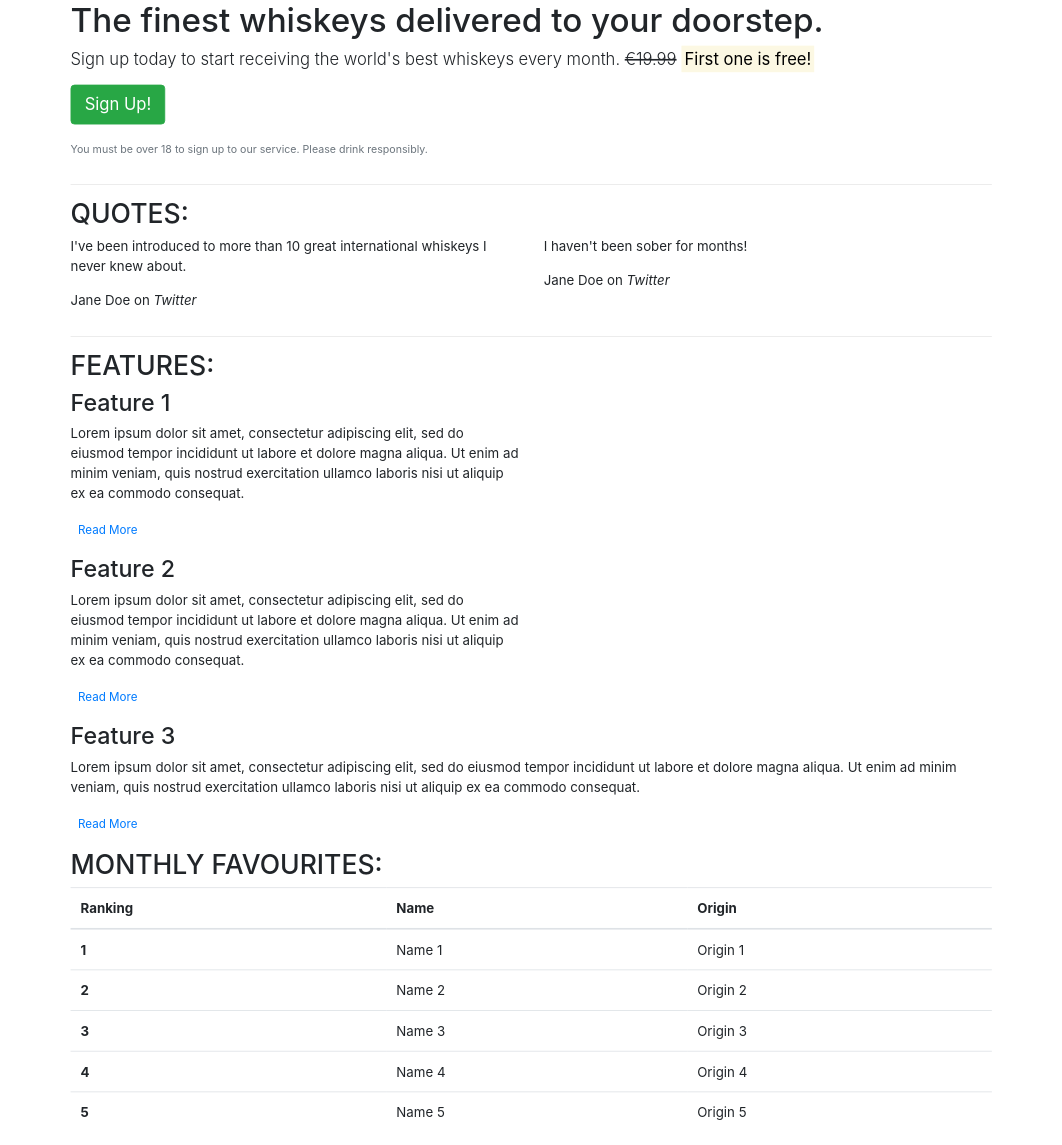
Repository: ElaineArchbold/bootstrap_landing_page1
Page: index.html
The author's editor kept a record of every edit. The page is drawn from the files as they stood at one moment, then again after the next edit.
The browser window is 1280 px wide. The pictures show the whole page, at 83% of full size.

Above is the page before.

### index.html
<!DOCTYPE html>
<html lang="en-us">

<head>
    <meta charset="utf-8">
    <meta name="viewport" content="width=device-width, initial-scale=1.0">
    <title>Whiskey Drop | Taste a new whiskey every month</title>
    <link rel="stylesheet" href="https://maxcdn.bootstrapcdn.com/bootstrap/4.1.3/css/bootstrap.min.css">
</head>

<body>
    <article class="container">
        <!-- Callout -->
        <div class="row">
            <div class="col-12">
                <section class="callout">
                    <h1>The finest whiskeys delivered to your doorstep.</h1>
                    <p class="lead">Sign up today to start receiving the world's best whiskeys every month. <s>€19.99</s> <strong><mark>First one is free!</mark></strong></p>
                    <p><button class="btn btn-lg btn-success">Sign Up!</button></p>
                    <p class="text-muted"><small>You must be over 18 to sign up to our service. Please drink responsibly.</small></p>
                </section>
            </div>
        </div>
        <!-- /.callout -->
        <hr>

        <!-- Quotes -->
        <section class="quotes">
            <div class="row">
                <div class="col-12">
                    <h2 class="text-uppercase">Quotes:</h2>
                </div>
            </div>
            <div class="row">
                <div class="col-12 col-md-6">
                    <blockquote class="quote">
                        <p>I've been introduced to more than 10 great international whiskeys I never knew about.</p>
                        <footer>Jane Doe on <cite title="Twitter">Twitter</cite></footer>
                    </blockquote>
                </div>
                <div class="col-12 col-md-6">
                    <blockquote class="quote">
                        <p>I haven't been sober for months!</p>
                        <footer>Jane Doe on <cite title="Twitter">Twitter</cite></footer>
                    </blockquote>
                </div>
            </div>
        </section>
        <!-- /.quotes -->
        <hr>

        <!-- Features -->
        <section class="features">
            <div class="row">
                <div class="col-12">
                    <h2 class="text-uppercase">Features:</h2>
                </div>
            </div>
            <div class="row">
                <div class="col-12 col-md-6">
                    <div class="feature">
                        <h3>Feature 1</h3>
                        <p>Lorem ipsum dolor sit amet, consectetur adipiscing elit, sed do eiusmod tempor incididunt ut labore et dolore magna aliqua. Ut enim ad minim veniam, quis nostrud exercitation ullamco laboris nisi ut aliquip ex ea commodo consequat.</p>
                        <p><a class="btn btn-sm btn-default" href="">Read More</a></p>
                    </div>
                </div>
                <div class="feature">
                    <div class="col-12 col-md-6">
                        <h3>Feature 2</h3>
                        <p>Lorem ipsum dolor sit amet, consectetur adipiscing elit, sed do eiusmod tempor incididunt ut labore et dolore magna aliqua. Ut enim ad minim veniam, quis nostrud exercitation ullamco laboris nisi ut aliquip ex ea commodo consequat.</p>
                        <p><a class="btn btn-sm btn-default" href="">Read More</a></p>
                    </div>
                </div>
                <div class="feature">
                    <div class="col-12">
                        <h3>Feature 3</h3>
                        <p>Lorem ipsum dolor sit amet, consectetur adipiscing elit, sed do eiusmod tempor incididunt ut labore et dolore magna aliqua. Ut enim ad minim veniam, quis nostrud exercitation ullamco laboris nisi ut aliquip ex ea commodo consequat.</p>
                        <p><a class="btn btn-sm btn-default" href="">Read More</a></p>
                    </div>
                </div>
            </div>
        </section>
        <!-- /.features -->

        <section class="monthly-favourites">

            <h2 class="text-uppercase">Monthly Favourites:</h2>
            <table class="table">
                <thead>
                    <tr>
                        <th scope="col">Ranking</th>
                        <th scope="col">Name</th>
                        <th scope="col">Origin</th>
                    </tr>
                </thead>
                <tbody>
                    <tr>
                        <th scope="row">1</th>
                        <td>Name 1</td>
                        <td>Origin 1</td>
                    </tr>
                    <tr>
                        <th scope="row">2</th>
                        <td>Name 2</td>
                        <td>Origin 2</td>
                    </tr>
                    <tr>
                        <th scope="row">3</th>
                        <td>Name 3</td>
                        <td>Origin 3</td>
                    </tr>
                    <tr>
                        <th scope="row">4</th>
                        <td>Name 4</td>
                        <td>Origin 4</td>
                    </tr>
                    <tr>
                        <th scope="row">5</th>
                        <td>Name 5</td>
                        <td>Origin 5</td>
                    </tr>
                </tbody>
            </table>

        </section>
    </article>
</body>

</html>

After the next edit:
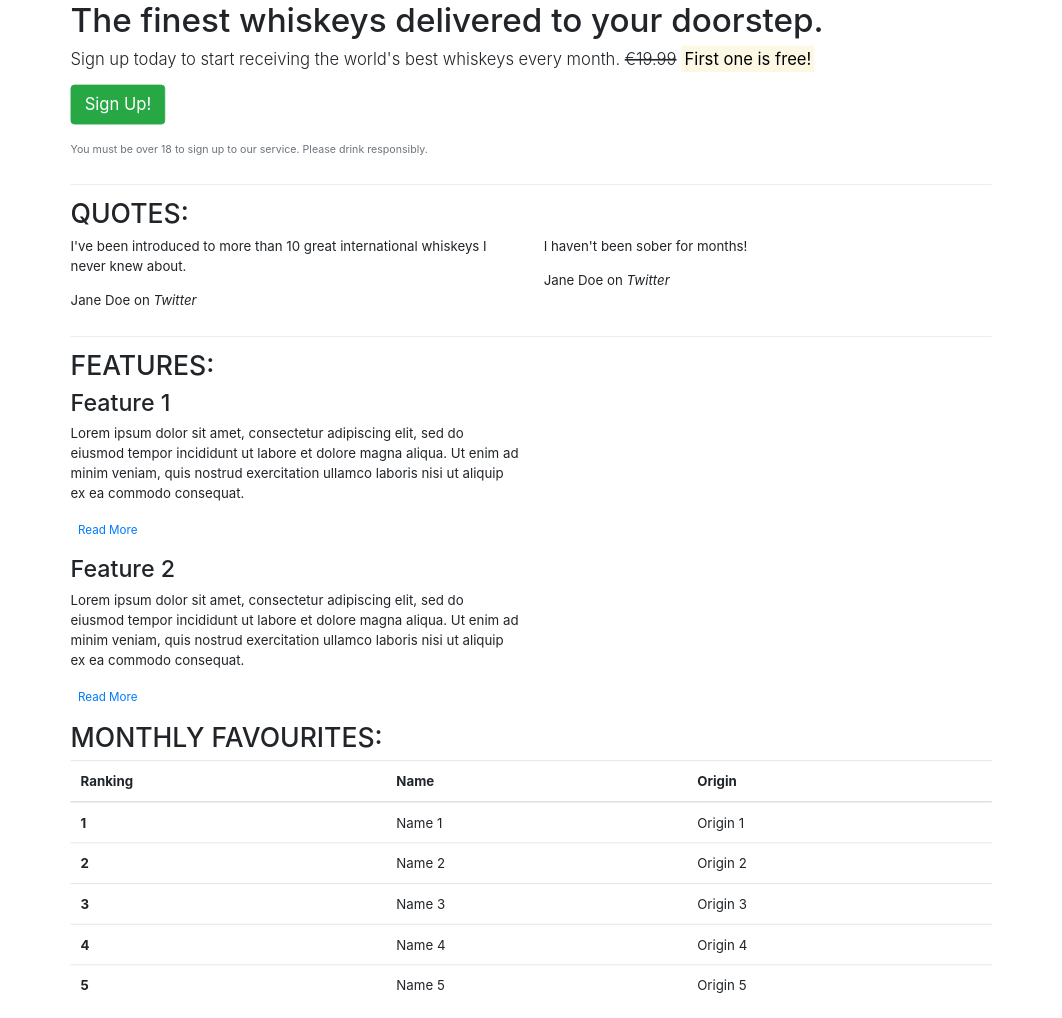
The edit:
--- a/index.html
+++ b/index.html
@@ -72,7 +72,7 @@
                     </div>
                 </div>
                 <div class="feature">
-                    <div class="col-12">
+                    <div class="col-12 d-md-none"> <!-- on a medium screen, this wont be displayed -->
                         <h3>Feature 3</h3>
                         <p>Lorem ipsum dolor sit amet, consectetur adipiscing elit, sed do eiusmod tempor incididunt ut labore et dolore magna aliqua. Ut enim ad minim veniam, quis nostrud exercitation ullamco laboris nisi ut aliquip ex ea commodo consequat.</p>
                         <p><a class="btn btn-sm btn-default" href="">Read More</a></p>
